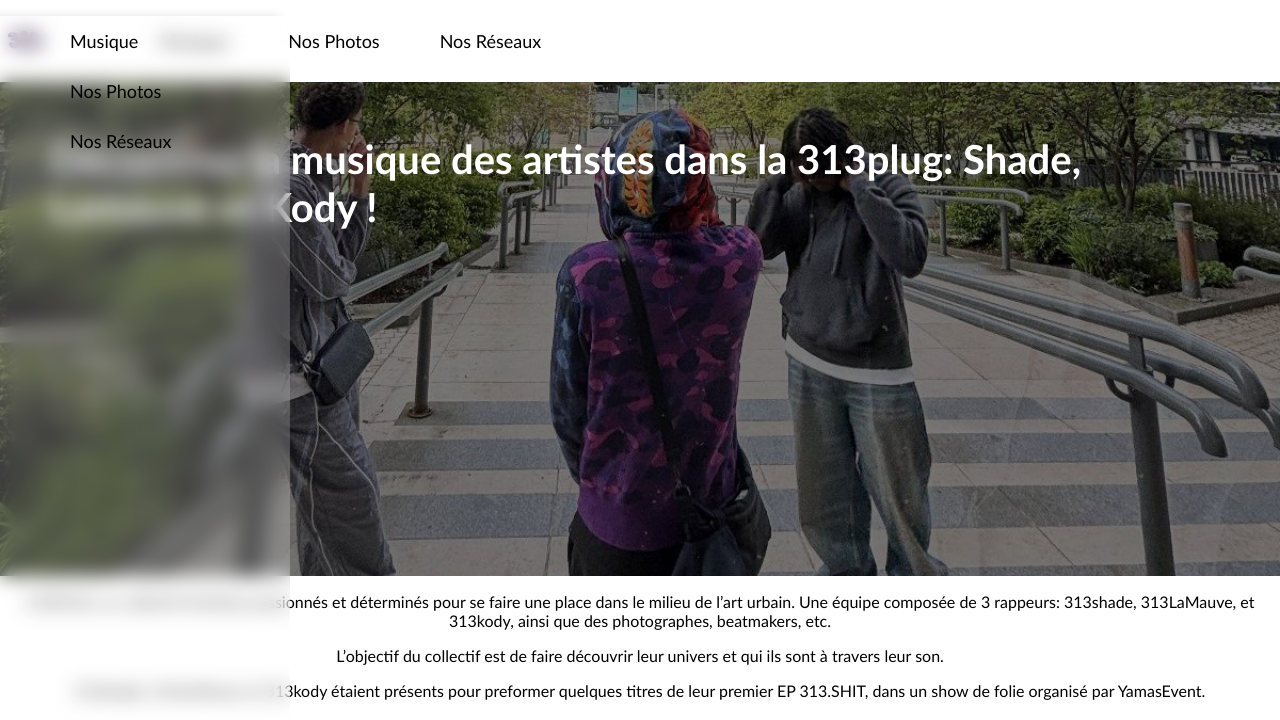
Repository: 313Kody/313plug-Site-Officiel
Page: index.html
The author's editor kept a copy of each file at every save. The page is drawn from the files as they stood at one save, then again after the next save.
The browser window is 1280 px wide. The pictures show the whole page.

Above is the page before, as saved 2024-11-11 17:09:18.

After the next save:
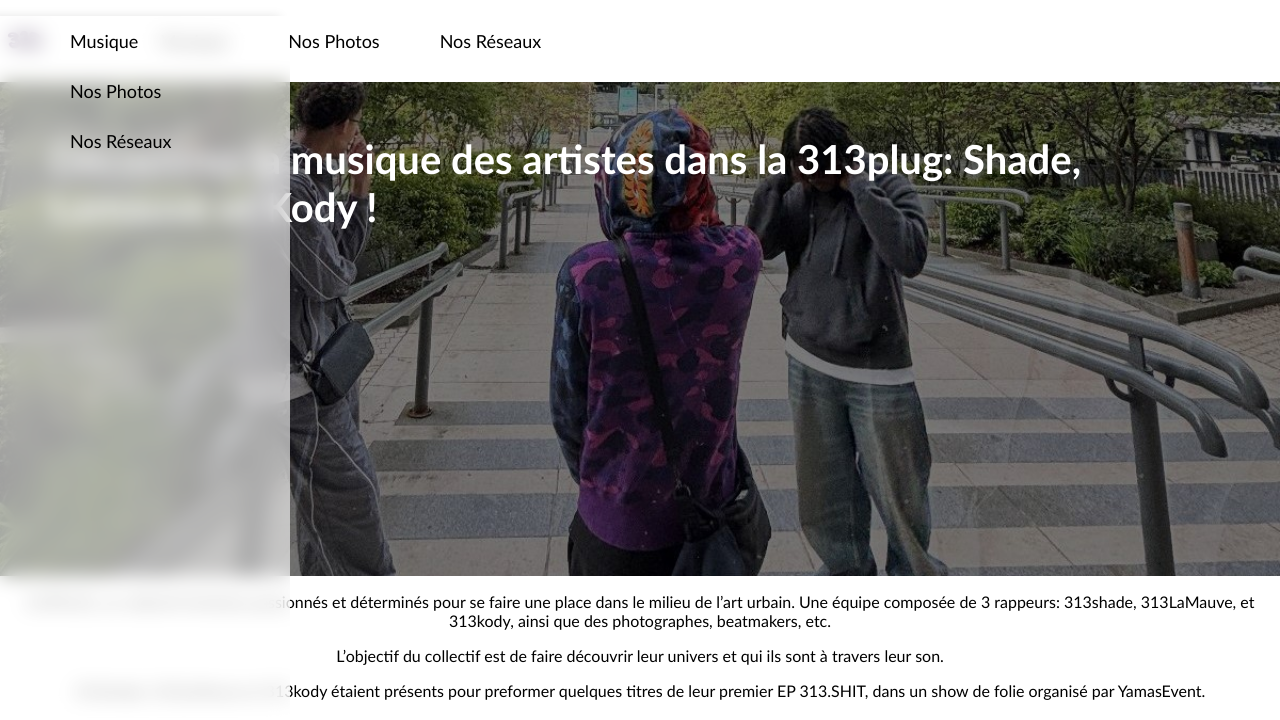
Saved 10 s later.
--- a/CSS/styles.css
+++ b/CSS/styles.css
@@ -76,7 +76,7 @@
     height: 100vh;
     width: 250px;
     z-index: 999;
-    background-color: rgba(255, 255, 255, 0.212);
+    background-color: rgba(255, 255, 255, 0.616);
     backdrop-filter: blur(10px);
     box-shadow: -10px 0 10px rgba(0, 0, 0, 0.1);
     display: flex;
